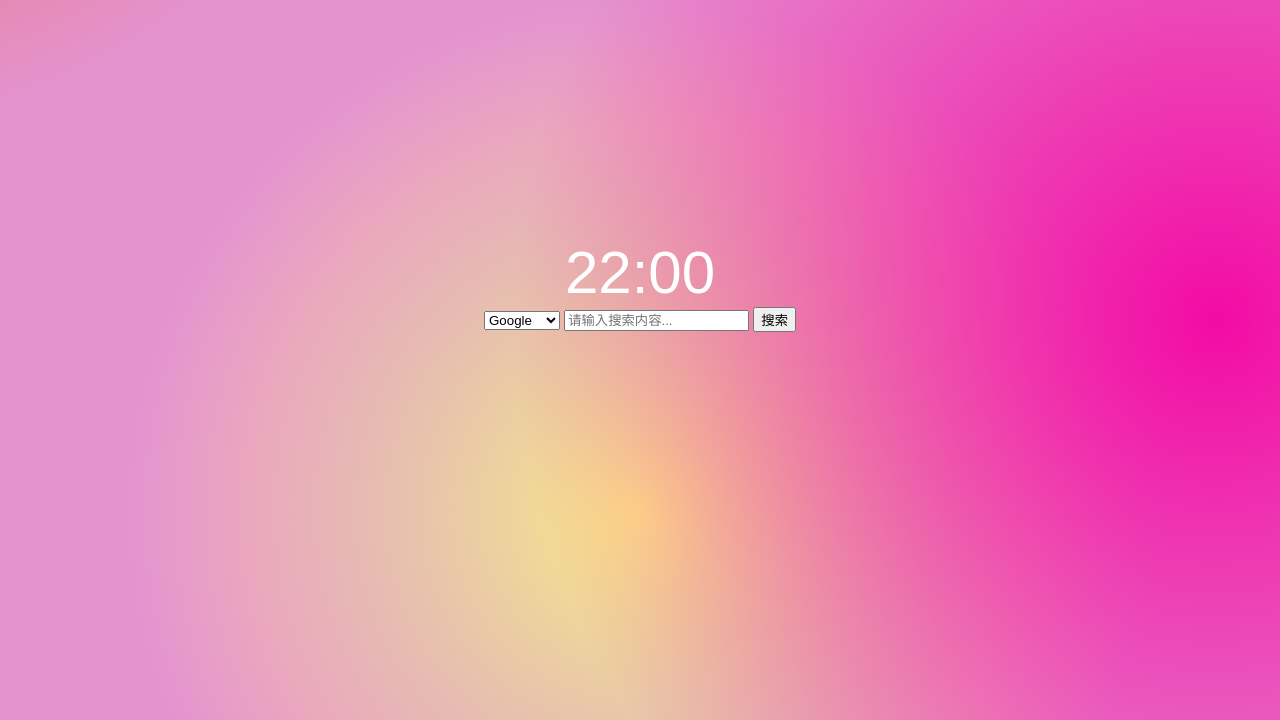
Repository: RADEKWRLD/NaviR
Page: index.html
The author's editor kept a copy of each file at every save. The page is drawn from the files as they stood at one save, then again after the next save.
The browser window is 1280 px wide. The pictures show the whole page.

Above is the page before, as saved 2025-05-23 22:16:20.

After the next save:
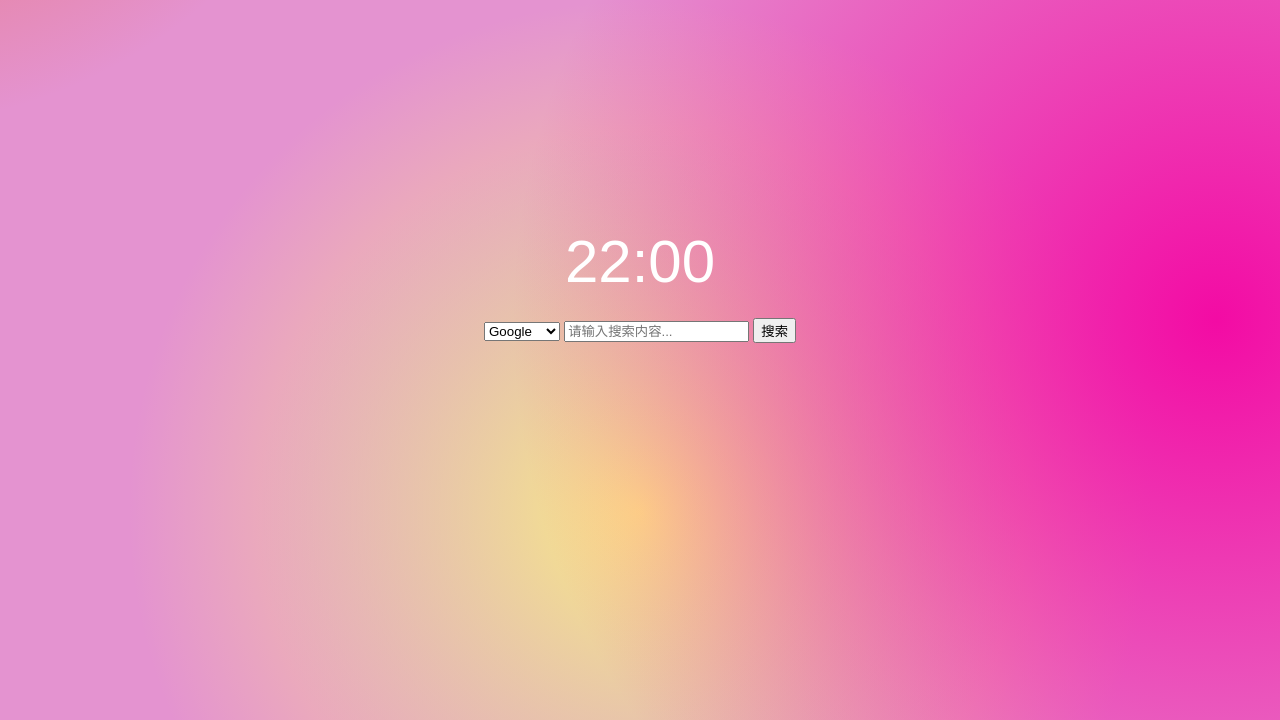
Saved 71 s later.
--- a/style.css
+++ b/style.css
@@ -1,4 +1,3 @@
-
 :root {
     font-size: 15px;
 }
@@ -89,7 +88,7 @@
     }
 }
 
-#main{
+#main {
     transition: all 0.3s ease;
     transform: translateY(-5rem);
     display: flex;
@@ -97,9 +96,91 @@
     align-items: center;
     justify-content: center;
     height: 100vh;
+    gap: 1.5rem;
 }
 
 #clock{
     font-size: 4rem;
     color: #fff;
 }
+
+.search-container {
+    display: flex;
+    flex-direction: column;
+    align-items: center;
+    gap: 1rem;
+    width: 100%;
+    max-width: 600px;
+    padding: 0 1rem;
+}
+
+.search-box {
+    width: 100%;
+    display: flex;
+    gap: 0.5rem;
+    background: rgba(255, 255, 255, 0.9);
+    padding: 0.8rem 1.2rem;
+    border-radius: 50px;
+    box-shadow: 0 4px 15px rgba(0, 0, 0, 0.1);
+    transition: all 0.3s ease;
+}
+
+.search-box:hover {
+    transform: translateY(-2px);
+    box-shadow: 0 6px 20px rgba(0, 0, 0, 0.15);
+}
+
+.search-input {
+    flex: 1;
+    border: none;
+    background: transparent;
+    font-size: 1rem;
+    color: #333;
+    outline: none;
+}
+
+.search-input::placeholder {
+    color: #999;
+}
+
+.search-button {
+    background: #e493d0;
+    border: none;
+    color: white;
+    padding: 0.5rem 1.2rem;
+    border-radius: 25px;
+    cursor: pointer;
+    transition: all 0.3s ease;
+}
+
+.search-button:hover {
+    background: #d17dbd;
+    transform: scale(1.05);
+}
+
+.engine-options {
+    display: flex;
+    gap: 1rem;
+    flex-wrap: wrap;
+    justify-content: center;
+}
+
+.engine-option {
+    padding: 0.5rem 1rem;
+    border-radius: 20px;
+    background: rgba(255, 255, 255, 0.8);
+    cursor: pointer;
+    transition: all 0.3s ease;
+    font-size: 0.9rem;
+    color: #666;
+}
+
+.engine-option:hover {
+    background: rgba(255, 255, 255, 0.95);
+    transform: translateY(-2px);
+}
+
+.engine-option.active {
+    background: #e493d0;
+    color: white;
+}

After the save that followed:
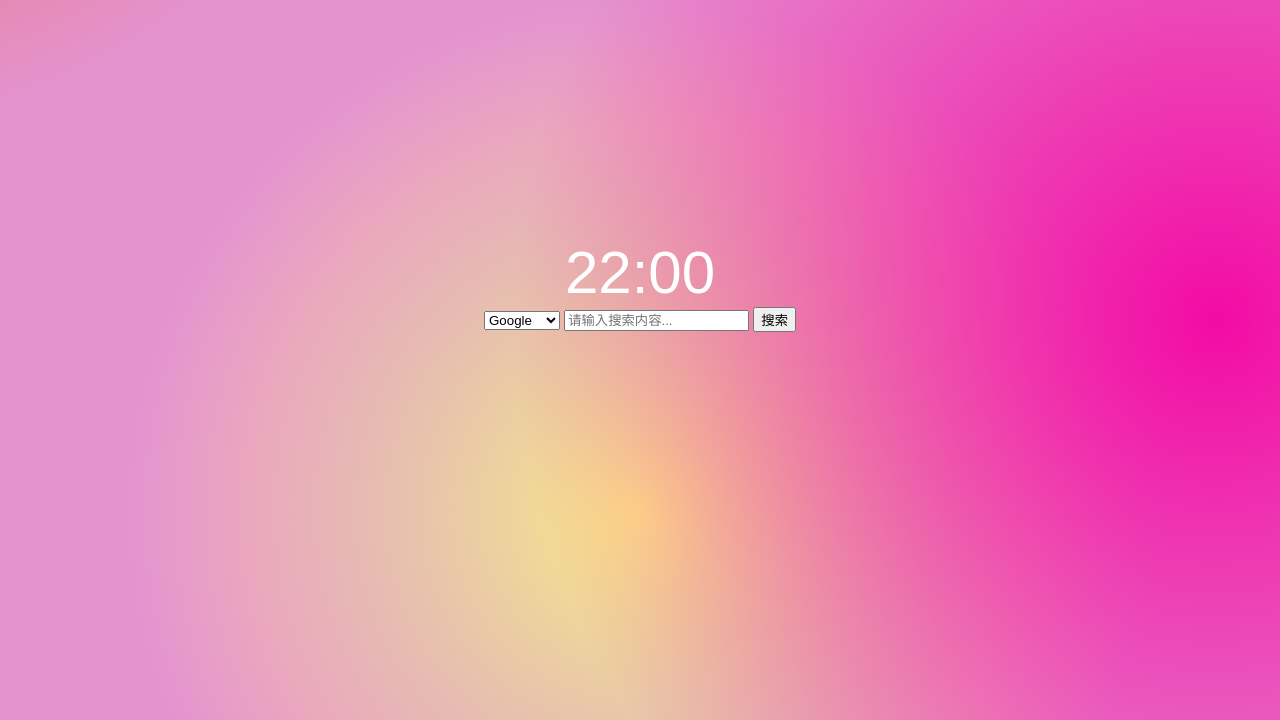
Saved 25 s later.
--- a/style.css
+++ b/style.css
@@ -1,3 +1,4 @@
+
 :root {
     font-size: 15px;
 }
@@ -88,7 +89,7 @@
     }
 }
 
-#main {
+#main{
     transition: all 0.3s ease;
     transform: translateY(-5rem);
     display: flex;
@@ -96,91 +97,9 @@
     align-items: center;
     justify-content: center;
     height: 100vh;
-    gap: 1.5rem;
 }
 
 #clock{
     font-size: 4rem;
     color: #fff;
 }
-
-.search-container {
-    display: flex;
-    flex-direction: column;
-    align-items: center;
-    gap: 1rem;
-    width: 100%;
-    max-width: 600px;
-    padding: 0 1rem;
-}
-
-.search-box {
-    width: 100%;
-    display: flex;
-    gap: 0.5rem;
-    background: rgba(255, 255, 255, 0.9);
-    padding: 0.8rem 1.2rem;
-    border-radius: 50px;
-    box-shadow: 0 4px 15px rgba(0, 0, 0, 0.1);
-    transition: all 0.3s ease;
-}
-
-.search-box:hover {
-    transform: translateY(-2px);
-    box-shadow: 0 6px 20px rgba(0, 0, 0, 0.15);
-}
-
-.search-input {
-    flex: 1;
-    border: none;
-    background: transparent;
-    font-size: 1rem;
-    color: #333;
-    outline: none;
-}
-
-.search-input::placeholder {
-    color: #999;
-}
-
-.search-button {
-    background: #e493d0;
-    border: none;
-    color: white;
-    padding: 0.5rem 1.2rem;
-    border-radius: 25px;
-    cursor: pointer;
-    transition: all 0.3s ease;
-}
-
-.search-button:hover {
-    background: #d17dbd;
-    transform: scale(1.05);
-}
-
-.engine-options {
-    display: flex;
-    gap: 1rem;
-    flex-wrap: wrap;
-    justify-content: center;
-}
-
-.engine-option {
-    padding: 0.5rem 1rem;
-    border-radius: 20px;
-    background: rgba(255, 255, 255, 0.8);
-    cursor: pointer;
-    transition: all 0.3s ease;
-    font-size: 0.9rem;
-    color: #666;
-}
-
-.engine-option:hover {
-    background: rgba(255, 255, 255, 0.95);
-    transform: translateY(-2px);
-}
-
-.engine-option.active {
-    background: #e493d0;
-    color: white;
-}
